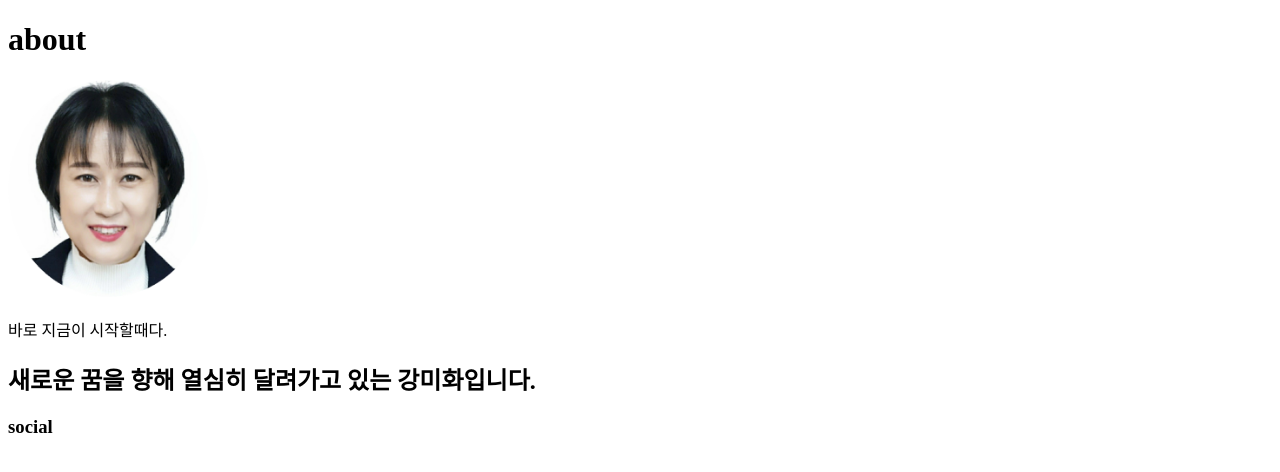
Repository: kmh9964/view
Page: workspace/studyhtml5/src/htmltags03.html
An editor plug-in stored every save of this project. The page is shown before and after the next save, followed by the edit.
The browser window is 1280 px wide. The pictures show the whole page.

Above is the page before, as saved 2022-12-14 06:44:24.

### workspace/studyhtml5/src/htmltags03.html
<!doctype html>
<html lang="ko">
<head>
	<meta charset="UTF-8" />
	<meta http-equiv="X-UA-Compatible" content="IE=Edge" />
	<meta name="viewport" content="width=device-width, initial-scale=1.0">
	<title>자바 백엔드 개발자 프로필</title>
</head>
<body>
	<h1>about</h1>
 	<img src="images/photo.png" alt="지원자 강미화" width="200">
 	<p>바로 지금이 시작할때다. </p>
 	<h2>새로운 꿈을 향해 열심히 달려가고 있는 강미화입니다. </h2>
 	<h3>social</h3>
</body>
</html>

After the next save:
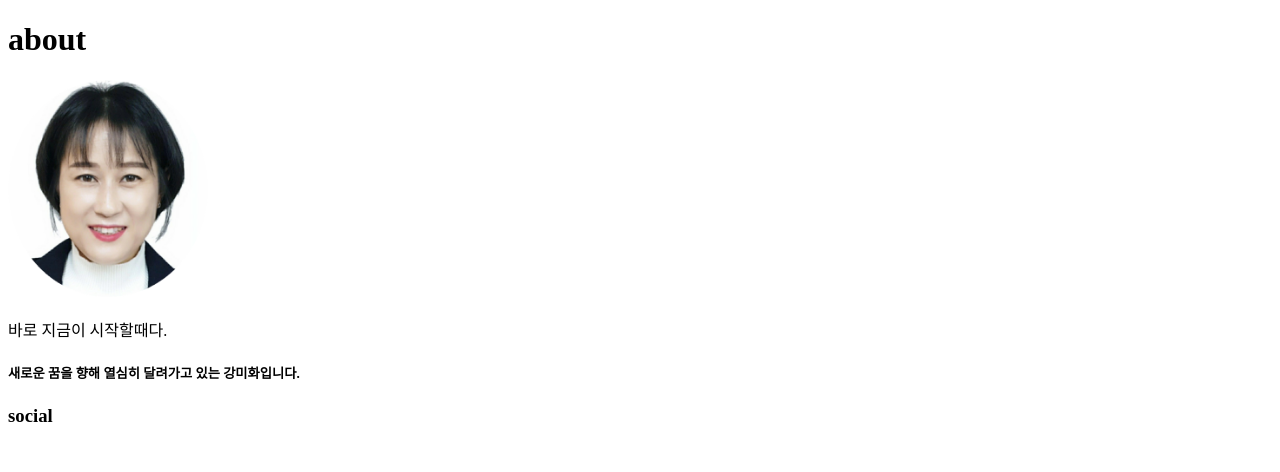
Saved 13 s later.
--- a/workspace/studyhtml5/src/htmltags03.html
+++ b/workspace/studyhtml5/src/htmltags03.html
@@ -10,7 +10,7 @@
 	<h1>about</h1>
  	<img src="images/photo.png" alt="지원자 강미화" width="200">
  	<p>바로 지금이 시작할때다. </p>
- 	<h2>새로운 꿈을 향해 열심히 달려가고 있는 강미화입니다. </h2>
+ 	<h5>새로운 꿈을 향해 열심히 달려가고 있는 강미화입니다. </h5>
  	<h3>social</h3>
 </body>
 </html>
